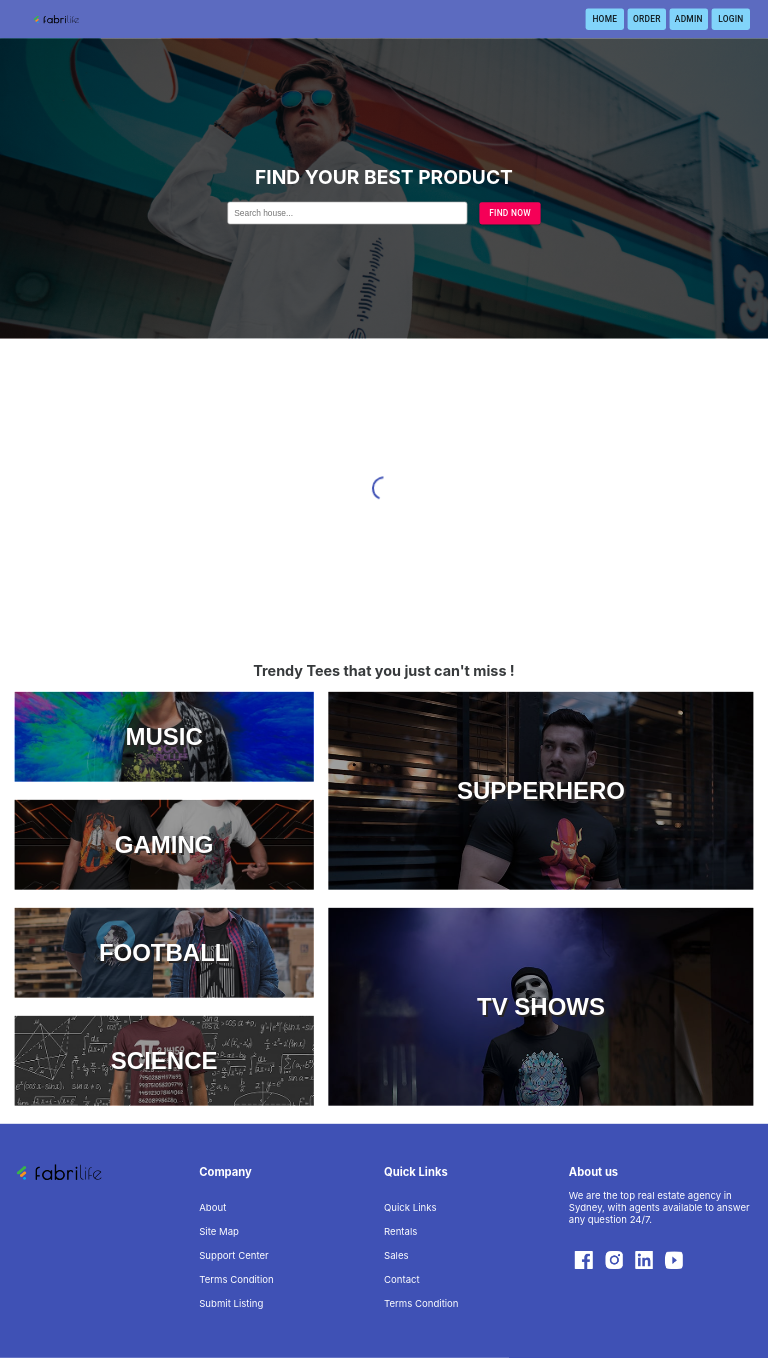
Repository: arif286/fabrilife-E-commerce-client-site
Page: /
These files come from the project's save history. The page is drawn as it stood at one moment and after the next save; the edit follows.
The browser window is 1280 px wide. The pictures show the whole page, at 60% of full size.
The page's requests for data from a server got no answer. The project was rebuilt for these pictures with package versions that can differ from the ones it lists, and the page was loaded fresh each time. No one was signed in, and anything a server would have sent is missing. Also part of the build but not shown: src/components/Admin/Admin.css, src/components/Admin/AddEvent/AddEvent.css, src/components/Admin/AddEvent/AddEvent.js, src/components/Admin/ProductManage/ProductManage.js, src/components/Admin/Sidebar/Sidebar.css, src/components/Admin/Sidebar/Sidebar.js, src/components/Admin/Admin.js, src/components/CheckOut/CheckOut.css and 10 more.

Above is the page before, as saved 2021-04-01 20:09:30.

### src/App.js
import React, { createContext, useState } from "react";
import { BrowserRouter as Router, Route, Switch } from "react-router-dom";
import Admin from "./components/Admin/Admin";
import CheckOut from "./components/CheckOut/CheckOut";
import Header from "./components/Header/Header";
import Home from "./components/Home/Home";
import Login from "./components/Login/Login";
import NoMatch from "./components/NoMatch/NoMatch";
import Order from "./components/Order/Order";
import PrivateRoute from "./components/PrivateRoute/PrivateRoute";

export const UserContext = createContext()

function App() {
  const [loggedInUser, setLoggedInUser] = useState({});
  return (
    <UserContext.Provider value={[loggedInUser, setLoggedInUser]}>
      <Router>
        <Header />
        <Switch>
          <Route path="/home">
            <Home />
          </Route>
          <PrivateRoute path="/admin">
            <Admin/>
          </PrivateRoute>
          <PrivateRoute path="/productDetails/:id">
            <CheckOut />
          </PrivateRoute>
          <PrivateRoute path='/order'>
            <Order/>
          </PrivateRoute>
          <Route path="/login">
            <Login />
          </Route>
          <Route exact path="/">
            <Home />
          </Route>
          <Route path="*">
            <NoMatch />
          </Route>
        </Switch>
      </Router>
    </UserContext.Provider>
  );
}

export default App;

### src/components/Header/Header.js
import AppBar from "@material-ui/core/AppBar";
import Button from "@material-ui/core/Button";
import { createMuiTheme, makeStyles } from "@material-ui/core/styles";
import Toolbar from "@material-ui/core/Toolbar";
import Typography from "@material-ui/core/Typography";
import React from "react";
import { NavLink } from "react-router-dom";
import logo from "../../tshirt-shop/logos/fabrilife.svg";
import "./Header.css";



const theme = createMuiTheme({
  palette: {
    primary: {
      light: "#757ce8",
      main: "#3f50b5",
      dark: "#002884",
      contrastText: "#fff",
    },
    secondary: {
      main: "#4fc3f7",
    },
  },
});
const useStyles = makeStyles((theme) => ({
  root: {
    flexGrow: 1,
  },
  menuButton: {
    marginRight: theme.spacing(2),
  },
  title: {
    flexGrow: 1,
  },
  navbar: {
    backgroundColor: "#5c6bc0",
  },
  button: {
    backgroundColor: "#81d4fa",
    marginRight: "6px",
  },
}));

const Header = () => {
  const classes = useStyles();

  return (
    <div className={classes.root}>
      <AppBar className={classes.navbar} position="static">
        <Toolbar>
          <img
            style={{ width: "80px", marginLeft: "30px" }}
            src={logo}
            alt=""
          />
          <Typography variant="h6" className={classes.title}></Typography>
          <NavLink className="header-link" to="/home">
            <Button className={classes.button}>Home</Button>
          </NavLink>
          <NavLink className="header-link" to="/order">
            <Button className={classes.button}>Order</Button>
          </NavLink>
          <NavLink className="header-link" to="/admin">
            <Button className={classes.button}>Admin</Button>
          </NavLink>
          <NavLink className="header-link" to="/login">
            <Button className={classes.button}>Login</Button>
          </NavLink>
        </Toolbar>
      </AppBar>
    </div>
  );
};

export default Header;

### src/components/Home/Home.js
import React from 'react';
import Footer from '../Footer/Footer';
import LatestProduct from '../LatestProduct/LatestProduct';
import SearchBar from '../SearchBar/SearchBar';
import Shop from '../Shop/Shop';

const Home = () => {
    return (
        <>
            <SearchBar/>
            <Shop />
            <LatestProduct />
            <Footer/>
        </>
    );
};

export default Home;

### src/components/Header/Header.css
.header-link {
  text-decoration: none;
}

### src/components/Footer/Footer.js
import { Container, Grid } from "@material-ui/core";
import React from "react";
import { NavLink } from "react-router-dom";
import Logo from "../../tshirt-shop/logos/fabrilife.svg";
import Instagram from "../../tshirt-shop/logos/Vector-1.png";
import Linkedin from "../../tshirt-shop/logos/Vector-2.png";
import YouTube from "../../tshirt-shop/logos/Vector-3.png";
import Facebook from "../../tshirt-shop/logos/Vector.png";
import "./Footer.css";

const Footer = () => {
  const company = [
    { title: "About", id: 1 },
    { title: "Site Map", id: 2 },
    { title: "Support Center", id: 3 },
    { title: "Terms Condition", id: 4 },
    { title: "Submit Listing", id: 5 },
  ];
  const links = [
    { title: "Quick Links", id: 1 },
    { title: "Rentals", id: 2 },
    { title: "Sales", id: 3 },
    { title: "Contact", id: 4 },
    { title: "Terms Condition", id: 5 },
  ];
  return (
    <footer>
      <Container>
        <Grid container>
          <Grid item xs={12} sm={6} md={3}>
            <p>
              <img className="footer-logo" src={Logo} alt="" />
            </p>
          </Grid>
          <Grid item xs={12} sm={6} md={3}>
            <h3 style={{ color: "white" }}>Company</h3>
            {company.map((name) => (
              <div key={name.id}>
                <ul className="footer-link">
                  <li>
                    <NavLink to="/" className="company-list">
                      {name.title}
                    </NavLink>
                  </li>
                </ul>
              </div>
            ))}
          </Grid>
          <Grid item xs={12} sm={6} md={3}>
            <h3 style={{ color: "white" }}>Quick Links</h3>
            {links.map((name) => (
              <div key={name.id}>
                <ul className="footer-link">
                  <li>
                    <NavLink to="/" className="company-list">
                      {name.title}
                    </NavLink>
                  </li>
                </ul>
              </div>
            ))}
          </Grid>
          <Grid item xs={12} sm={6} md={3}>
            <h3 style={{ color: "white" }}>About us</h3>
            <div>
              <p style={{ color: "white" }}>
                We are the top real estate agency in Sydney, with agents
                available to answer any question 24/7.
              </p>
              <div className="social-link">
                <p>
                  <a href="/">
                    <img className="social-img" src={Facebook} alt="" />
                  </a>
                </p>
                <p className="social-link">
                  <a href="/">
                    <img className="social-img" src={Instagram} alt="" />
                  </a>
                </p>
                <p>
                  <a href="/">
                    <img className="social-img" src={Linkedin} alt="" />
                  </a>
                </p>
                <p>
                  <a href="/">
                    <img className="social-img" src={YouTube} alt="" />
                  </a>
                </p>
              </div>
            </div>
          </Grid>
        </Grid>
      </Container>
    </footer>
  );
};

export default Footer;

### src/components/LatestProduct/LatestProduct.js
import { Container, Grid } from '@material-ui/core';
import React from 'react';
import { NavLink } from 'react-router-dom';
import './LatestProduct.css';

const LatestProduct = () => {
    return (
      <Container>
        <h2 style={{ textAlign: "center", color: "#373a3c", marginTop:'40px'}}>
          Trendy Tees that you just can't miss !
        </h2>
        <Grid container spacing={3}>
          <Grid item md={5} sm={12}>
            <div className="music latest-product">
              <NavLink className="img-link" to="/">
                <div className="image-title">
                  <h1>music</h1>
                </div>
              </NavLink>
            </div>
            <div className="gaming latest-product">
              <NavLink className="img-link" to="/">
                <div className="image-title">
                  <h1>gaming</h1>
                </div>
              </NavLink>
            </div>
            <div className="football latest-product">
              <NavLink className="img-link" to="/">
                <div className="image-title">
                  <h1>football</h1>
                </div>
              </NavLink>
            </div>
            <div className="science latest-product">
              <NavLink className="img-link" to="/">
                <div className="image-title">
                  <h1>science</h1>
                </div>
              </NavLink>
            </div>
          </Grid>
          <Grid item sm={12} md={7}>
            <div className="supperHero latest-product">
              <NavLink className="img-link" to="/">
                <div className="image-title">
                  <h1>supperHero</h1>
                </div>
              </NavLink>
            </div>
            <div className="shows latest-product">
              <NavLink className="img-link" to="/">
                <div className="image-title">
                  <h1>Tv shows</h1>
                </div>
              </NavLink>
            </div>
          </Grid>
        </Grid>
      </Container>
    );
};

export default LatestProduct;

### src/components/SearchBar/SearchBar.js
import { Button } from "@material-ui/core";
import React from "react";
import "./SearchBar.css";

const SearchBar = () => {
  return (
    <div className="bgImage">
      <div className="search-bar">
        <h1>Find your best product</h1>
        <div className="search-bar">
          <input placeholder="Search house..." type="text" />
          <Button color="secondary" variant="contained">
            Find Now
          </Button>
        </div>
      </div>
    </div>
  );
};

export default SearchBar;

### src/components/Shop/Shop.js
import { Container, Grid } from "@material-ui/core";
import CircularProgress from "@material-ui/core/CircularProgress";
import { makeStyles } from "@material-ui/core/styles";
import axios from "axios";
import React, { useEffect, useState } from "react";
import ShopCard from "./ShopCard/ShopCard";

const useStyles = makeStyles((theme) => ({
  root: {
    display: "flex",
    justifyContent: "center",
    alignItems: "center",
    height: "500px",
  },
}));
const Shop = () => {
  const classes = useStyles();
     const [event, setEvent] = useState([]);

     useEffect(() => {
       axios
         .get("https://lychee-custard-24286.herokuapp.com/event")
         .then((res) => setEvent(res.data))
         .catch((error) => console.log(error));
     }, []);



    return (
      <div>
        {event.length === 0 ? (
          <div className={classes.root}>
            <CircularProgress />
          </div>
        ) : (
          <Container>
            <Grid container direction="column" alignItems="center">
              <h1> Discover the latest t-shirt available today</h1>
            </Grid>
            <Grid container spacing={4}>
              {event.map((product, index) => (
                <Grid item xs={12} sm={6} md={4}>
                  <ShopCard product={product} key={index} />
                </Grid>
              ))}
            </Grid>
          </Container>
        )}
      </div>
    );
};

export default Shop;

### src/components/Footer/Footer.css
footer {
  background-color: #3f51b5;
  padding-top: 50px;
  padding-bottom: 80px;
}
.footer-logo {
  width: 150px;
}
.footer-link {
  list-style: none;
  display: inline;
}
.company-list {
  text-decoration: none;
  color: white;
}
.company-list:hover {
  color: hotpink;
}
.social-link {
  display: flex;
}

.social-img {
  width: 30px;
  height: 30px;
}

.social-link p {
  padding: 10px;
  display: inline;
}

.social-link p a img:hover {
  background-color: aqua;
}

### src/components/LatestProduct/LatestProduct.css
.music {
  background-image: url("../../tshirt-shop/images/music-min.jpg");
  height: 150px;
}
.latest-product {
  background-repeat: no-repeat;
  background-size: cover;
  position: relative;
  overflow: hidden;
  margin-bottom: 30px;
}
.gaming {
  background-image: url("../../tshirt-shop//images/gaming-min.jpg");
  height: 150px;
}
.football {
  background-image: url("../../tshirt-shop/images/football-min.jpg");
  height: 150px;
}
.science {
  background-image: url("../../tshirt-shop/images/science-min.jpg");
  height: 150px;
}
.supperHero {
  background-image: url("../../tshirt-shop/images/superhero-min.jpg");

  height: 330px;
}
.shows {
  background-image: url("../../tshirt-shop/images/tv-min.jpg");
  height: 330px;
}

.img-link {
  top: 0;
  left: 0;
  display: block;
  overflow: hidden;
  height: 100%;
  width: 100%;
  position: absolute;
  background: #00000061;
}
.image-title {
  position: absolute;
  top: 50%;
  width: 100%;
  text-align: center;
  transform: translateY(-50%);
}
.image-title h1 {
  padding: 10px;
  color: white;
  font-size: 2.5rem;
  text-transform: uppercase;
  font-family: "Fjalla One", sans-serif;
  text-shadow: 3px 3px #272525;
}

### src/components/SearchBar/SearchBar.css
.bgImage {
  background-image: linear-gradient(#000000b3, #000000b3),
    url("../../tshirt-shop/images/websiteheader2.png") !important;
  background-repeat: no-repeat;
  background-size: cover;
  min-height: 500px;
  width: 100%;
  display: flex;
  justify-content: center;
  align-items: center;
}
.search-bar h1 {
  color: white;
  text-transform: uppercase;
}
.search-bar input {
  min-width: 400px;
  display: inline-block;
  box-sizing: border-box;
  padding: 10px;
  border-radius: 4px;
  font-size: 14px;
  border: 1px solid #999999;
  outline: none;
  margin-right: 20px;
}
.search-bar {
  text-align: center;
}

Loaded but not shown: public/index.html (common file); src/index.js (common file); src/index.css (common file); src/reportWebVitals.js (common file); src/components/Shop/ShopCard/ShopCard.css (no stored copy; drawn as an empty file)

After the next save:
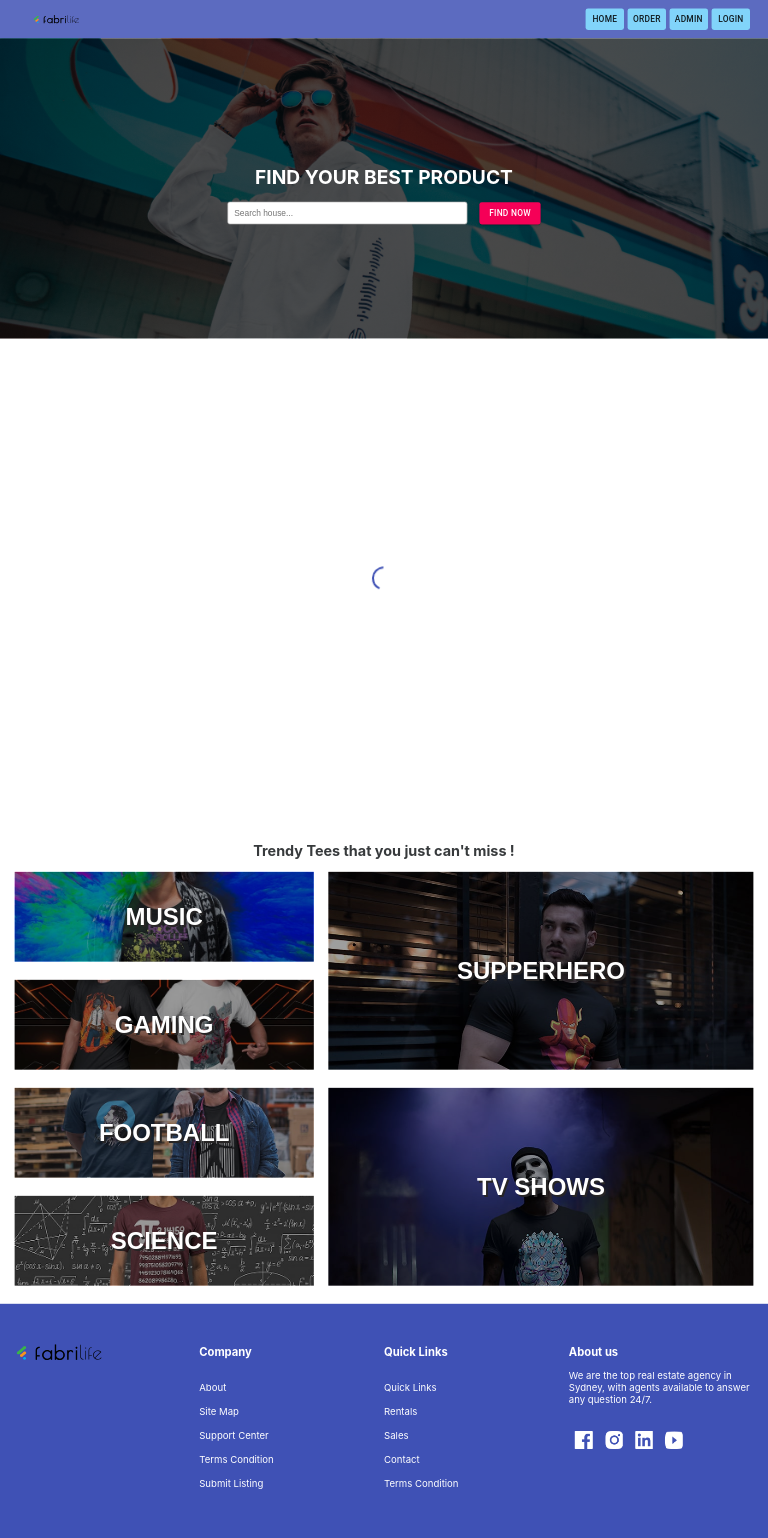
Saved 15 s later.
--- a/src/components/Shop/Shop.js
+++ b/src/components/Shop/Shop.js
@@ -10,7 +10,7 @@
     display: "flex",
     justifyContent: "center",
     alignItems: "center",
-    height: "500px",
+    height: "800px",
   },
 }));
 const Shop = () => {

After the save that followed:
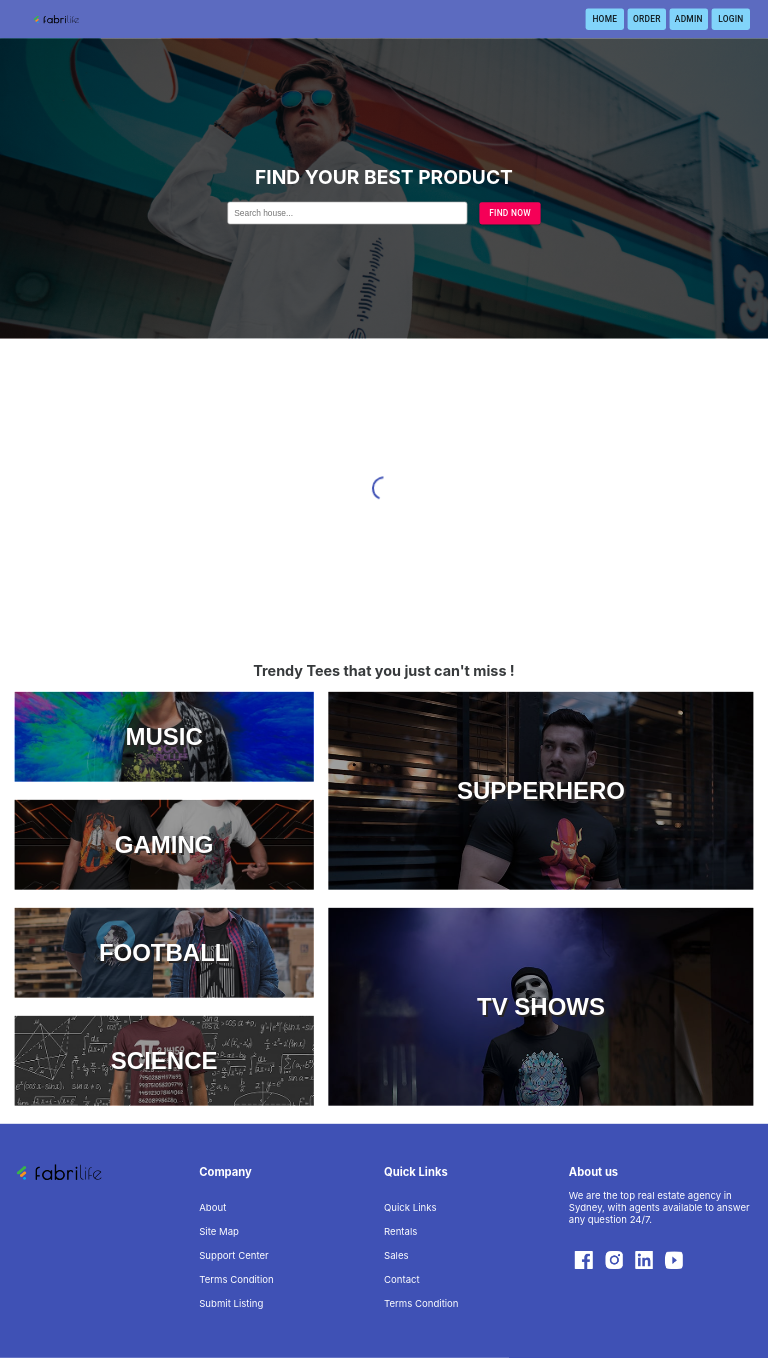
Saved 74 s later.
--- a/src/components/Shop/Shop.js
+++ b/src/components/Shop/Shop.js
@@ -10,7 +10,7 @@
     display: "flex",
     justifyContent: "center",
     alignItems: "center",
-    height: "800px",
+    height: "500px",
   },
 }));
 const Shop = () => {
